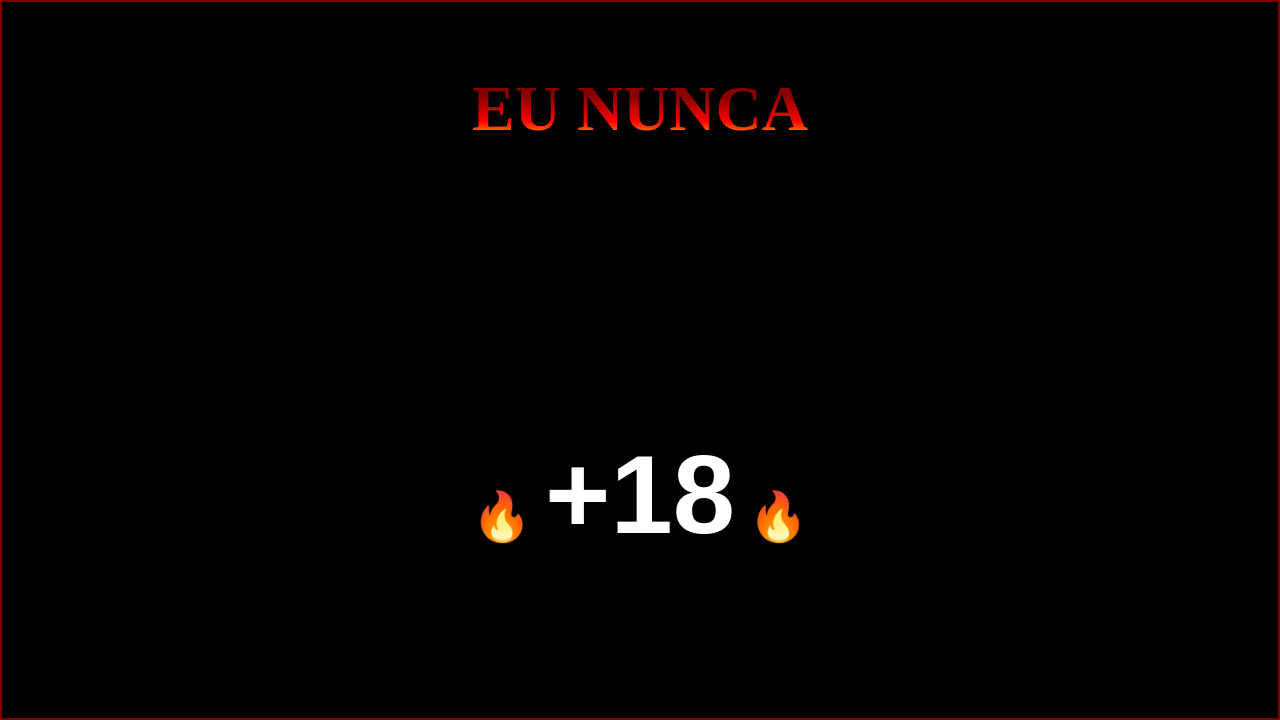
Repository: odiloalmeida/inever
Page: index.html
An editor plug-in stored every save of this project. The page is shown before and after the next save, followed by the edit.
The browser window is 1280 px wide. The pictures show the whole page.

Above is the page before, as saved 2023-01-31 22:32:38.

### index.html
<!DOCTYPE html>
<html lang="en">
<head>
    <meta charset="UTF-8">
    <meta http-equiv="X-UA-Compatible" content="IE=edge">
    <meta name="viewport" content="width=device-width, initial-scale=1.0">
    <link rel="icon" type="image/svg+xml" href="https://cdn-icons-png.flaticon.com/512/5181/5181956.png" />
    <link rel="stylesheet" href="./style.css">
    <title>18+ I Never</title>

</head>

<body>
    <div>
        <h1>EU NUNCA</h1>
    </div>
    <button id="myButton" onclick="changeButtonName()">
        <br>
        <span3>&#128293</span3>
        <span2>+18</span2>
        <span3>&#128293</span3>
    </button>
</body>

<script>

    function changeButtonName() {
        var button = document.getElementById("myButton");

        var names = ["Beijei alguém dessa turma",
        "Senti atração por alguém dessa turma",
        "Tomei banho pelado na praia/piscina",
        "Fiquei com um professor",
        "Fiquei com um amigo e me arrependi",
        "Fiquei com um amigo e não disse pra ninguém",
        "Menti sobre ter ficado com uma pessoa",
        "Bebi tanto que beijei alguém que não queria",
        "Bebi tanto que esqueci tudo no outro dia",
        "Vi um nudes de alguém dessa turma",
        "Desejei o namorado(a) de um amigo",
        "Fiquei com alguém por interesse",
        "Acelerei o ato sexual por que o oral estava ruim",
        "Bebi pra ter coragem de chegar numa pessoa",
        "Transei na escola ou faculdade",
        "Transei no chão",
        "Fiz sexo oral enquanto a pessoa trabalhava",
        "Fiz sexo oral enquanto a pessoa dirigia",
        "Usei fantasias sexuais",
        "Usei plug anal",
        "Usei um vibrador",
        "Fiquei com alguém depois neguei pra todo mundo",
        "Disse pra uma pessoa que a amava sem amar",
        "Transei no carro",
        "Broxei no meio do ato sexual",
        "Desisti de ficar com uma pessoa por que ela estava fedendo",
        "Fui chupar e estava fedendo muito e desisti",
        "Me masturbei depois do ato sexual por que não conseguir “chegar lá” com o parceiro",
        "Fiquei com dois amigos ao mesmo tempo sem eles saberem",
        "Parei o ato sexual para ir fazer xixi",
        "Fiz a chuca",
        "Transei na rua",
        "Paguei por sexo",
        "Fiz sexo por dinheiro",
        "Dei um beijo triplo",
        "Voltaria com um ex",
        "Fiquei com uma pessoa em um lugar e logo em seguida fui para outro lugar ficar com outra",
        "Tirei fotos pelado(a)",
        "Fiquei com alguém para fazer ciúme a outro",
        "Sofri por amor",
        "Sofri por ficante",
        "Espiei alguém tomando banho",
        "Tomei banho com alguém",
        "Enfiei o dedo no orifício de alguém (kkkk)",
        "Eu nunca fiquei com um amigo do meu amigo eme arrependi",
        "Eu nunca tive uma DST",
        "Eu já desejei a mãe de um amigo",
        "Eu já desejei o pai de um amigo",
        "Já beixei alguém do mesmo sexo",
        "Já deixei chuparem minha porta dos fundos",
        "Já questionei a minha sexualidade",
        "Já fiz goldenshower",
        "Já desisti do sexo quando vi o tamanho do instrumento",
        "Fumei um",
        "Cheirei cocaina",
        "Usei LSD",
        "Passei comida no parceiro",
        "Troquei o nome da pessoa na hora H",
        "Fiquei com uma pensando em outra",
        "Fatei aula pra ficar com alguém",
        "Menti nesse jogo",
        "Disse que estava doente para nao transar",
        "Fiquei com professor",
        "Fiquei com alguém por gratidão",
        "Tive tara em mãos",
        "Tive tara em pés",
        "Tive tara em ruivas",
        "Fui amordaçado",
        "Fui algemado",
        "Fui chicoteado",
        "Bati de mais em alguém na hora H e fiquei com medo",
        "Vomitei na hora H",
        "Fiz sexo na praia",
        "Fiz sexo na moto",
        "Fiz sexo na bicicleta",
        "Chupei outro por tabela",
        "Fiz oral em um e depois beijei a boca de outro",
        "Transei com 2 ao mesmo tempo",
        "Transei com mais de 3 ao mesmo tempo",
        "Ja fiquei com duas pessoas do mesmo sexo, ao mesmo tempo",
        "Cherei loló",
        "Fumei cigarro",
        "Tive como alcoólico",
        "Tive amnésia alcoólica",
        "Dormi bebado no chão",
        "Mijei em mim, estando bebado",
        "Vomitei em mim, estando bebado",
        "Beijei alguém que eu odiava",
        "Fiquei com um Ex antigo e me arrependi (Foi horrível)",
        "Tive flashback com mais de um EX",
        "Tive um PA",
        "Fiquei com um(a) PM",
        "Subi numa mesa bebado",
        "Fiquei com alguém da boca podre",
        "Já caguei o pau (literalmente)",
        "Já cai de bicicleta",
        "Quebrei um osso (Beba uma dose por osso)",
        "Já talariquei mulher de amigo (Uma dose por mulher)",
        "Já talariquei marido de amiga (Uma dose por homem)",
        "Já beijei um mendigo",
        "Já fiz dentro do mar",
        "Ja fiz dentro do tanque",
        "Pedi alguém em casamento",
        "Já me juntei com conjugue",
        "Já fui CORNO(A)",
        "Atirei com arma de fogo",
        "Dê uma pausa de 15min, para não embriagar",
        "Durei menos de 2 min no sexo",
        "Fiz gosar em menos de 2min",
        "Pensei em me prostituir",
        "Tomei remédio TARJA PRETA",
        "Quando de maior, senti atração por 15-",
        "Dormi sujo",
        "Passei o dia sem tomar banho",
        "Passei dois dias sem tomar banho",
        "Passei mais de 36h acordado",
        "Levei pão de manhã para casa, após o rolê",
        "Bebi mais de 2L em uma noite",
        "Desejei minha cunhada",
        "Transei com alguém na escada",
        "Já botei atrás  depois na frente",
        "Cai da arvore",
        "Me feri gravemente",
        "Imaginei alguém dessa turma pelado",
        "Usei camisinha com sabores",
        "Limbei a bunda e olhei o papel higienico",
        "Transei no cinema",
        "Flertei com o garçom",
        "Beijei um primo(a)",
        "Transei com um primo(a)",
        "Sonhei que estava pelado em público",
        "Transei na chuva",
        "Dormir de conchinha na chuva",
        "Fiz punheta / siririca coletiva",
        "Me masturbei pensando em alguém da roda",
        "Vi nude de alguém da roda",
        "Enviei nude errado",
        "Peguei alguém no elevador",
        "Falei que o sexo foi bom, quando na verdade foi uma merda",
        "Gosei dentro com camisinha",
        "Conversando com o penis do meu namorado",
        "Fiz espanhola",
        "Transei com alguém que participou desse jogo agora",
        "Transei com um médico",
        "Transei com um entregador",
        "Transei com enfermeiro(a)",
        "Transei com Advogado(a)",
        "Transei com Fisioterapeuta",
        "Transei com agente de saúde",
        "Transei com personal trainer",
        "Fiz sexo rapido para dormir logo",
        "Transei numa contrução",
        "Transei numa casa abandonada",
        "Transei na rede",
        "Transei na cadeira",
        "Transei no sofá",
        "Transei em local público",
        "Tive sonhos eróticos com alguém dessa roda",
        "Fui em um motel e não transei",
        "Criei passarinho",
        "Chupei alguém com algum amigo vendo",
        "Fui voyeur",
        "Transei num posto de saúde",
        "Transei no quintal de casa",
        "Transei no telhado",
        "Terminei com uma pessoa por mensagem",
        "Terminaram comigo por mensagem",
        "Fiz Topless na praia",
        "Usei gelo na cama",
        "Usei halls na cama",
        "Sai sem calcinha para provocar alguém",
        "Malhei sem calcinha",
        "Fingi prazer",
        "Fingi simpatia para conquistar uma pessoa",
        "Fiz cosplay de rico",
        "Banquei a coitadinha para ganhar algo em troca",
        "Sai sem pagar a conta",
        "Levei o copo de um bar",
        "Caguei num banheiro quimico",
        "Dirigi bebado",
        "Ouvi alguém transando",
        "Fui pego me masturbando",
        "Fui pego na hora H pelos meus familiares ou amigos",
        "Transei assistindo porno",
        "Tive ressaca moral",
        "Chorei enquanto transava",
        "Pedi parar porque estava doendo",
        "Enforqueia até quase desmaiar",
        "Transei em uma banheira",
        "Beijei a pessoa querendo a do lado",
        "Beijei um feio(a)",
        "Beijei um(a) 10/10",
        "Nunca chupei dois ao mesmo tempo",
        "Matei aula para fumar um",
        "Matei aula para transar",
        "Quebrei uma cama enquanto transava",
        "Cai da cama enquanto transava",
        "Fiquei orgulhoso do meu desempenho",
        "Fiquei triste com meu desempenho",
        "Tentaram arrancar minh lingua",
        "Já beijei um desesperado, que quase me engole",
        "Bebi do copo de um estranho e tinha droga"




        ];

        var randomName = names[Math.floor(Math.random() * names.length)];
        button.innerHTML = randomName;
    }

</script>

</html>

### style.css
* {
    padding: 0;
    margin: 0;
    box-sizing: border-box;
}

body {
    width: 100vw;
    height: 100vh;
    background-color: #000;
    display: flex;
    flex-direction: column;
    align-items: center;
    justify-content: center;
    border: #800000 2px solid;
}

div {
    width: 100%;
    height: 30vh;
    display: flex;
    align-items: center;
    justify-content: center;
}

h1 {
    background-image: linear-gradient(to bottom,#800000,#8B0000, red, yellow);
    background-clip: text;
    -webkit-background-clip: text;
    -webkit-text-fill-color: transparent;
    color: black;
    font-size: 4rem;
    font-weight: 900;
}

button {
    background-color: transparent;
    height: 70vh;
    width: 100vw;
    border: none;
    font-weight: bold;
    font-size: 3rem;
    padding: 5px;
    color: #f1f1f1;
}

button span2 {
    color: #fff;
    font-size: 7rem;
}

After the next save:
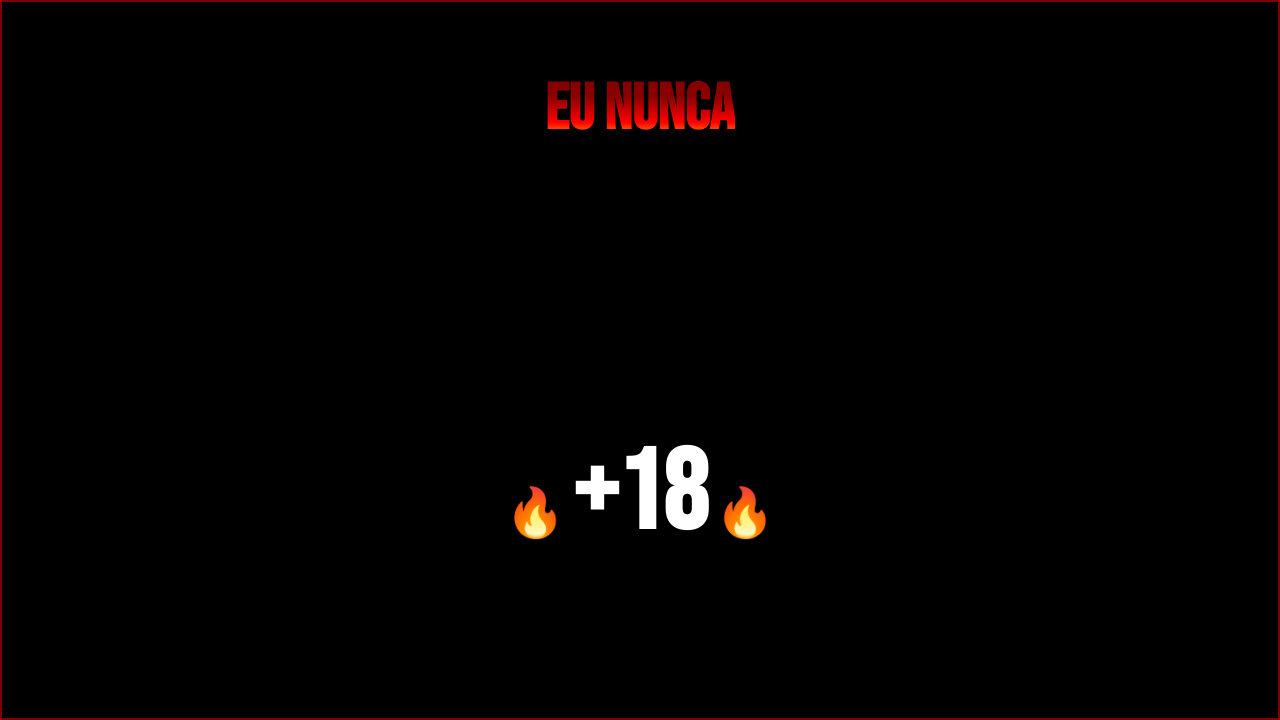
Saved 117 s later.
--- a/style.css
+++ b/style.css
@@ -1,7 +1,10 @@
+@import url('https://fonts.googleapis.com/css2?family=Bebas+Neue&display=swap');
+
 * {
     padding: 0;
     margin: 0;
     box-sizing: border-box;
+    font-family: 'Bebas Neue', cursive;
 }
 
 body {

After the save that followed:
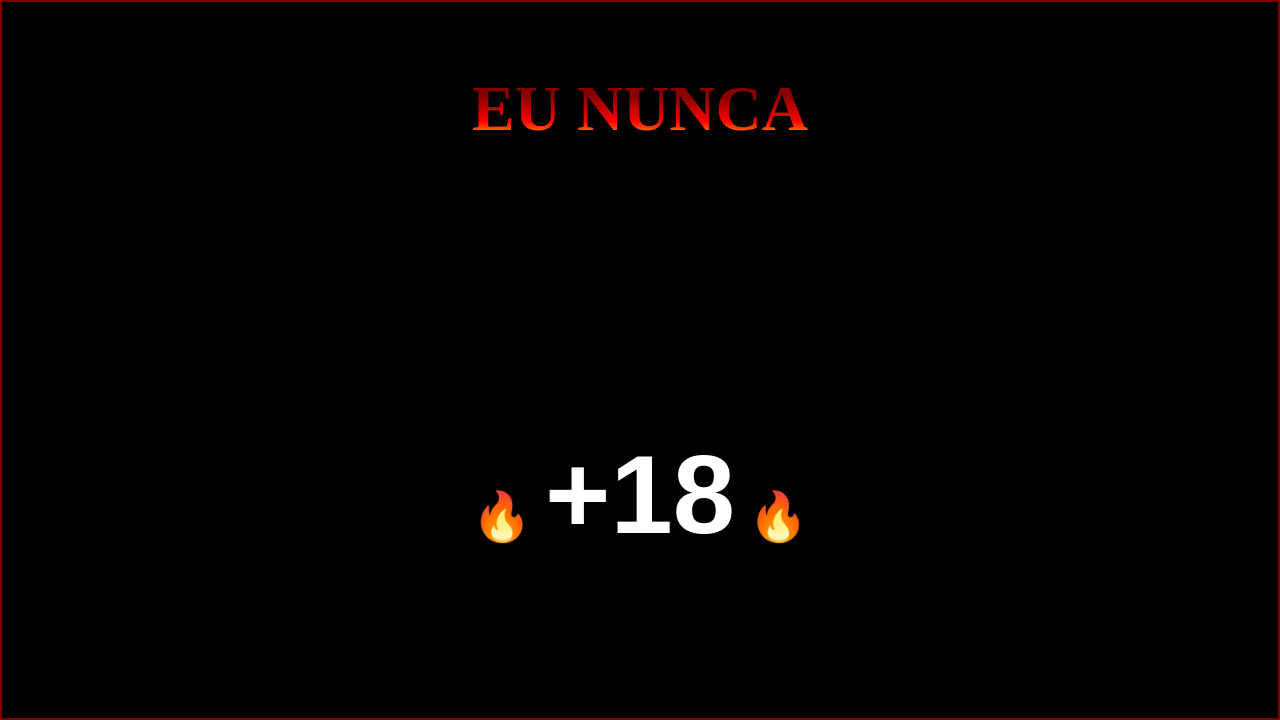
Saved 22 s later.
--- a/style.css
+++ b/style.css
@@ -1,10 +1,7 @@
-@import url('https://fonts.googleapis.com/css2?family=Bebas+Neue&display=swap');
-
 * {
     padding: 0;
     margin: 0;
     box-sizing: border-box;
-    font-family: 'Bebas Neue', cursive;
 }
 
 body {
